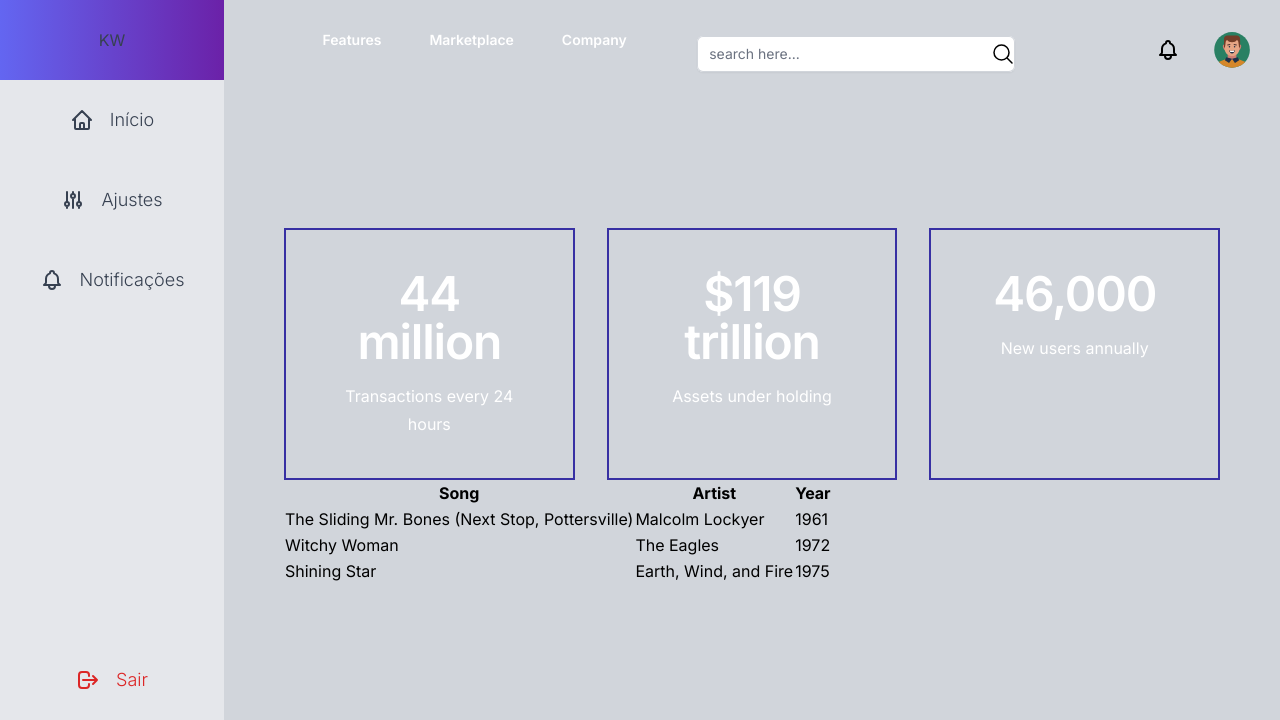
Repository: KennedyWanderson/AdminDashboard
Page: / (app in Code/admindashboard/)
An editor plug-in stored every save of this project. The page is shown before and after a run of saves, followed by the edit.
The browser window is 1280 px wide. The pictures show the whole page.
The project was rebuilt for these pictures with package versions that can differ from the ones it lists, and the page was loaded fresh each time. The framework's server and built-in components were replaced by stand-ins that run in the browser. Also part of the build but not shown: Code/admindashboard/next.config.mjs.

Above is the page before, as saved 2024-06-23 15:47:24.

### Code/admindashboard/src/app/layout.js
import { Inter } from "next/font/google";
import "./globals.css";

const inter = Inter({ subsets: ["latin"] });

export const metadata = {
  title: "Admin Dashboard",
  description: "Generated by Kennedy Wanderson",
};

export default function RootLayout({ children }) {
  return (
    <html lang="en">
      <body className={inter.className}>{children}</body>
    </html>
  );
}

### Code/admindashboard/src/app/page.js
import Layout from "@/components/Layout";

export default function Home() {
  return (
    <Layout>
      Content
    </Layout>
  )
}

### Code/admindashboard/src/components/Layout.jsx
"use client";

import { useState } from "react";
import Content from "./Content";
import Header from "./Header";
import LateralMenu from "./LateralMenu";
import HomePage from "./Home";


export default function Layout() {
    const [activeComponent, setActiveComponent] = useState("HomePage");

    const renderActiveComponent = () => {
        switch (activeComponent) {
            case "HomePage":
                return <HomePage />;
            default:
                return <HomePage />;
        }
    };

    return (
        <div className={`flex h-screen w-screen`}>
            <LateralMenu setActiveComponent={setActiveComponent} />
            <div className={`
                flex flex-col w-full p-7
                bg-gray-300 dark:bg-gray-800
            `}>
                <Header />
                <Content>
                    {renderActiveComponent()}
                </Content>
            </div>
        </div>
    );
}

### Code/admindashboard/src/components/Content.jsx
export default function Content({ children }) {
    return (
        <div className={`
            flex flex-col mt-7
            dark:text-gray-200
        `}>
            {children}
        </div>
    );
}

### Code/admindashboard/src/components/Header.jsx
import AvatarUsuario from "./UserAvatar";
import { IconeSearch, IconeSino } from "./icons";

export default function Header({ titulo, subtitulo }) {


    return (
        <div className={`flex`}>
            <div>
                <h1 className={`
                font-black text-3xl
                text-gray-900 dark:text-gray-100
            `}>
                    {titulo}
                </h1>
                <h2 className={`
                font-light text-sm
                dark:text-gray-300
            `}>
                    {subtitulo}
                </h2>
            </div>
            <header className="flex flex-grow justify-center text-white">
                <nav className=" justify-center" aria-label="Global">

                    <div className="hidden lg:flex lg:gap-x-12">

                        <a href="#" className="text-sm font-semibold leading-6 text-white">Features</a>
                        <a href="#" className="text-sm font-semibold leading-6 text-white">Marketplace</a>
                        <a href="#" className="text-sm font-semibold leading-6 text-white">Company</a>
                    </div>


                </nav>

            </header>
            <div>
                <div className="relative mt-2 rounded-md shadow-sm">
                    <div className="pointer-events-none absolute inset-y-0 left-0 flex items-center pl-3">
                        <span className="text-gray-500 sm:text-sm">search here...</span>
                    </div>
                    <input type="text" name="search" id="search" className="block w-full rounded-md border-0 py-1.5 pl-7 pr-20 text-gray-900 ring-1 ring-inset ring-gray-300 placeholder:text-gray-400 focus:ring-2 focus:ring-inset focus:ring-indigo-600 sm:text-sm sm:leading-6" />
                    <div className="absolute inset-y-0 right-0 flex items-center">
                        {IconeSearch}
                    </div>
                </div>
            </div>

            <div className={`flex flex-grow justify-end items-center gap-8`}>

                {IconeSino}
                <AvatarUsuario />
            </div>
        </div>
    )
}

### Code/admindashboard/src/components/LateralMenu.jsx
"use client";

import MenuItem from "./ItemMenu";
import { IconeAjustes, IconeCasa, IconeSair, IconeSino } from "./icons";

export default function LateralMenu({ setActiveComponent }) {
    return (
        <aside className={`
            flex flex-col items-center
            bg-gray-200 text-gray-700
            dark:bg-gray-900
        `}>
            <div className={`
                flex flex-col items-center justify-center
                bg-gradient-to-r from-indigo-500 to-purple-800
                h-20 w-56
            `}>
                KW
            </div>
            <ul className="flex-grow">
                <MenuItem
                    texto="Início"
                    icone={IconeCasa}
                    onClick={() => setActiveComponent('HomePage')}
                />
                <MenuItem
                    texto="Ajustes"
                    icone={IconeAjustes}
                    onClick={() => setActiveComponent('Ajustes')}
                />
                <MenuItem
                    texto="Notificações"
                    icone={IconeSino}
                    onClick={() => setActiveComponent('Notificacoes')}
                />
            </ul>
            <ul>
                <MenuItem
                    texto="Sair"
                    icone={IconeSair}
                    className={`
                        text-red-600 dark:text-red-400
                        hover:bg-red-400 hover:text-white
                        dark:hover:text-white
                    `}
                />
            </ul>
        </aside>
    );
}

### Code/admindashboard/src/components/Home.jsx


export default function HomePage() {
    return (
        <div className=" py-24 sm:py-32">
            <div className="mx-auto max-w-7xl px-6 lg:px-8">
                <dl className="grid grid-cols-1 gap-x-8 gap-y-16 text-center lg:grid-cols-3">
                    <div className="mx-auto flex max-w-xs flex-col w-full border-2 p-10 border-indigo-800 gap-y-4">
                        <dt className="text-base leading-7 text-white">Transactions every 24 hours</dt>
                        <dd className="order-first text-3xl font-semibold tracking-tight text-white sm:text-5xl">44 million</dd>
                    </div>
                    <div className="mx-auto flex max-w-xs flex-col w-full border-2 p-10 border-indigo-800 gap-y-4">
                        <dt className="text-base leading-7 text-white">Assets under holding</dt>
                        <dd className="order-first text-3xl font-semibold tracking-tight text-white sm:text-5xl">$119 trillion</dd>
                    </div>
                    <div className="mx-auto flex max-w-xs flex-col w-full border-2 p-10 border-indigo-800 gap-y-4">
                        <dt className="text-base leading-7 text-white">New users annually</dt>
                        <dd className="order-first text-3xl font-semibold tracking-tight text-white sm:text-5xl">46,000</dd>
                    </div>
                </dl>

                <table className={`table-auto`}>
                    <thead>
                        <tr>
                            <th>Song</th>
                            <th>Artist</th>
                            <th>Year</th>
                        </tr>
                    </thead>
                    <tbody>
                        <tr>
                            <td>The Sliding Mr. Bones (Next Stop, Pottersville)</td>
                            <td>Malcolm Lockyer</td>
                            <td>1961</td>
                        </tr>
                        <tr>
                            <td>Witchy Woman</td>
                            <td>The Eagles</td>
                            <td>1972</td>
                        </tr>
                        <tr>
                            <td>Shining Star</td>
                            <td>Earth, Wind, and Fire</td>
                            <td>1975</td>
                        </tr>
                    </tbody>
                </table>
            </div>
        </div>
    )
}

### Code/admindashboard/src/components/UserAvatar.jsx


export default function AvatarUsuario({className}) {
    return (
            <img
                src={'/images/avatar.svg'}
                alt="Avatar do Usuário"
                className={`
                    h-10 w-10 rounded-full cursor-pointer
                    ${className}
                `}
            />

    )
}

### Code/admindashboard/src/components/icons/index.jsx
// Pra mais icones acessar... https://heroicons.com/

export const IconeSearch = (
    <svg xmlns="http://www.w3.org/2000/svg" fill="none" viewBox="0 0 24 24" strokeWidth={1.5} stroke="currentColor" className="size-6">
  <path strokeLinecap="round" strokeLinejoin="round" d="m21 21-5.197-5.197m0 0A7.5 7.5 0 1 0 5.196 5.196a7.5 7.5 0 0 0 10.607 10.607Z" />
</svg>


)

export const IconeCasa = (
    <svg xmlns="http://www.w3.org/2000/svg" className="h-6 w-6" fill="none" viewBox="0 0 24 24" stroke="currentColor">
        <path strokeLinecap="round" strokeLinejoin="round" strokeWidth={2} d="M3 12l2-2m0 0l7-7 7 7M5 10v10a1 1 0 001 1h3m10-11l2 2m-2-2v10a1 1 0 01-1 1h-3m-6 0a1 1 0 001-1v-4a1 1 0 011-1h2a1 1 0 011 1v4a1 1 0 001 1m-6 0h6" />
    </svg>
)

export const IconeAjustes = (
    <svg xmlns="http://www.w3.org/2000/svg" className="h-6 w-6" fill="none" viewBox="0 0 24 24" stroke="currentColor">
        <path strokeLinecap="round" strokeLinejoin="round" strokeWidth={2} d="M12 6V4m0 2a2 2 0 100 4m0-4a2 2 0 110 4m-6 8a2 2 0 100-4m0 4a2 2 0 110-4m0 4v2m0-6V4m6 6v10m6-2a2 2 0 100-4m0 4a2 2 0 110-4m0 4v2m0-6V4" />
    </svg>
)

export const IconeSino = (
    <svg xmlns="http://www.w3.org/2000/svg" className="h-6 w-6" fill="none" viewBox="0 0 24 24" stroke="currentColor">
        <path strokeLinecap="round" strokeLinejoin="round" strokeWidth={2} d="M15 17h5l-1.405-1.405A2.032 2.032 0 0118 14.158V11a6.002 6.002 0 00-4-5.659V5a2 2 0 10-4 0v.341C7.67 6.165 6 8.388 6 11v3.159c0 .538-.214 1.055-.595 1.436L4 17h5m6 0v1a3 3 0 11-6 0v-1m6 0H9" />
    </svg>
)

export const IconeSair = (
    <svg xmlns="http://www.w3.org/2000/svg" className="h-6 w-6" fill="none" viewBox="0 0 24 24" stroke="currentColor">
        <path strokeLinecap="round" strokeLinejoin="round" strokeWidth={2} d="M17 16l4-4m0 0l-4-4m4 4H7m6 4v1a3 3 0 01-3 3H6a3 3 0 01-3-3V7a3 3 0 013-3h4a3 3 0 013 3v1" />
    </svg>
)

export const IconeSol = (tamanho = 6) => (
    <svg xmlns="http://www.w3.org/2000/svg" className={`h-${tamanho} w-${tamanho}`} fill="none" viewBox="0 0 24 24" stroke="currentColor">
        <path strokeLinecap="round" strokeLinejoin="round" strokeWidth={2} d="M12 3v1m0 16v1m9-9h-1M4 12H3m15.364 6.364l-.707-.707M6.343 6.343l-.707-.707m12.728 0l-.707.707M6.343 17.657l-.707.707M16 12a4 4 0 11-8 0 4 4 0 018 0z" />
    </svg>
)

export const IconeLua = (tamanho = 6) => (
    <svg xmlns="http://www.w3.org/2000/svg" className={`h-${tamanho} w-${tamanho}`} fill="none" viewBox="0 0 24 24" stroke="currentColor">
        <path strokeLinecap="round" strokeLinejoin="round" strokeWidth={2} d="M20.354 15.354A9 9 0 018.646 3.646 9.003 9.003 0 0012 21a9.003 9.003 0 008.354-5.646z" />
    </svg>
)

export const IconeAtencao = (tamanho = 1) => (
    <svg xmlns="http://www.w3.org/2000/svg" className={`h-${tamanho} w-${tamanho}`} fill="none" viewBox="0 0 24 24" stroke="currentColor">
        <path strokeLinecap="round" strokeLinejoin="round" strokeWidth={2} d="M12 9v2m0 4h.01m-6.938 4h13.856c1.54 0 2.502-1.667 1.732-3L13.732 4c-.77-1.333-2.694-1.333-3.464 0L3.34 16c-.77 1.333.192 3 1.732 3z" />
    </svg>
)

### Code/admindashboard/src/components/ItemMenu.jsx

export default function MenuItem({ texto, icone, url, className, onClick }) {
    function renderizarLink() {
        return (
            <div className={`
                flex justify-center items-center
                h-20 w-56 gap-4
                dark:text-gray-200
                ${className}
            `}>
                {icone}
                <span className="text-lg font-light">
                    {texto}
                </span>
            </div>
        );
    }

    return (
        <li
            onClick={onClick}
            className={`
                hover:bg-gray-100 dark:hover:bg-gray-800
                cursor-pointer
            `}
        >
            {url ? (
                <a href={url}>
                    {renderizarLink()}
                </a>
            ) : (
                renderizarLink()
            )}
        </li>
    );
}

Loaded but not shown: Code/admindashboard/src/app/globals.css (common file); Code/admindashboard/tailwind.config.js (common file)

After the next 2 saves:
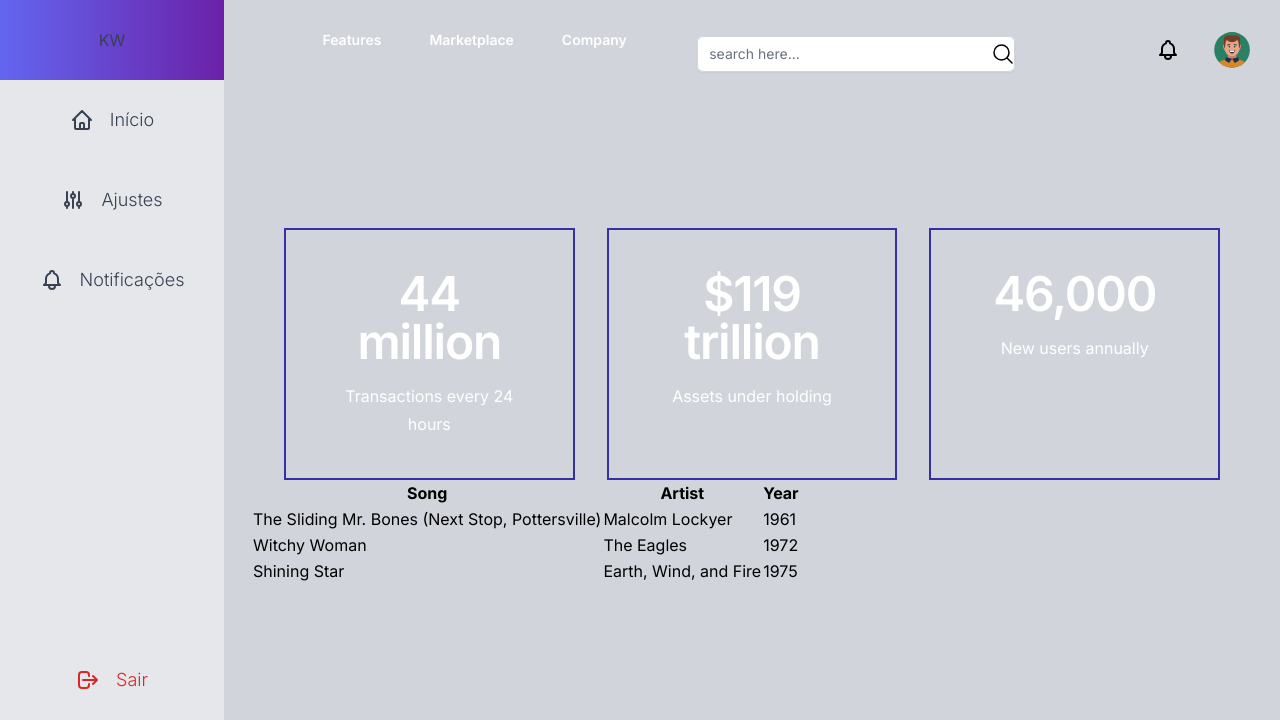
The 2 saves are shown as one change because they came seconds apart.
The last was saved 17 s later.
--- a/Code/admindashboard/src/components/Home.jsx
+++ b/Code/admindashboard/src/components/Home.jsx
@@ -19,7 +19,9 @@
                     </div>
                 </dl>
 
-                <table className={`table-auto`}>
+
+            </div>
+            <table className={`table-auto`}>
                     <thead>
                         <tr>
                             <th>Song</th>
@@ -45,7 +47,6 @@
                         </tr>
                     </tbody>
                 </table>
-            </div>
         </div>
     )
 }

After the save that followed:
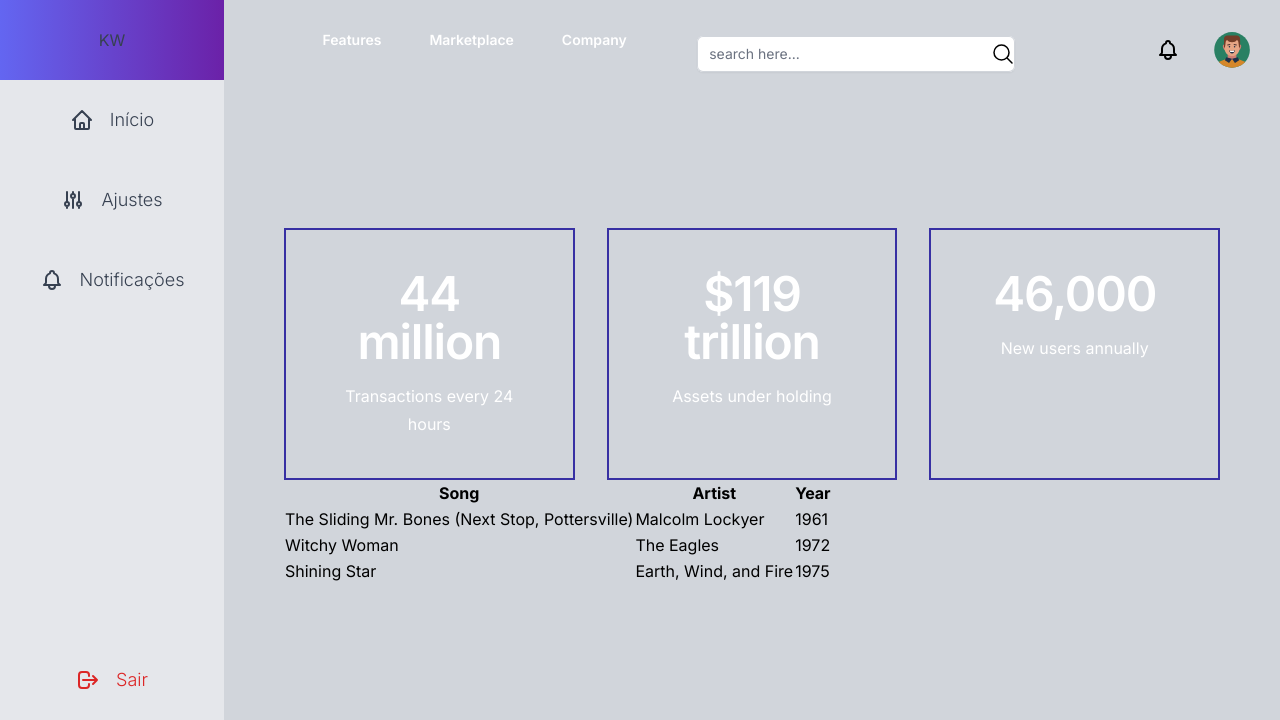
Saved 13 s later.
--- a/Code/admindashboard/src/components/Home.jsx
+++ b/Code/admindashboard/src/components/Home.jsx
@@ -19,9 +19,7 @@
                     </div>
                 </dl>
 
-
-            </div>
-            <table className={`table-auto`}>
+                <table className={`table-auto`}>
                     <thead>
                         <tr>
                             <th>Song</th>
@@ -47,6 +45,7 @@
                         </tr>
                     </tbody>
                 </table>
+            </div>
         </div>
     )
 }
